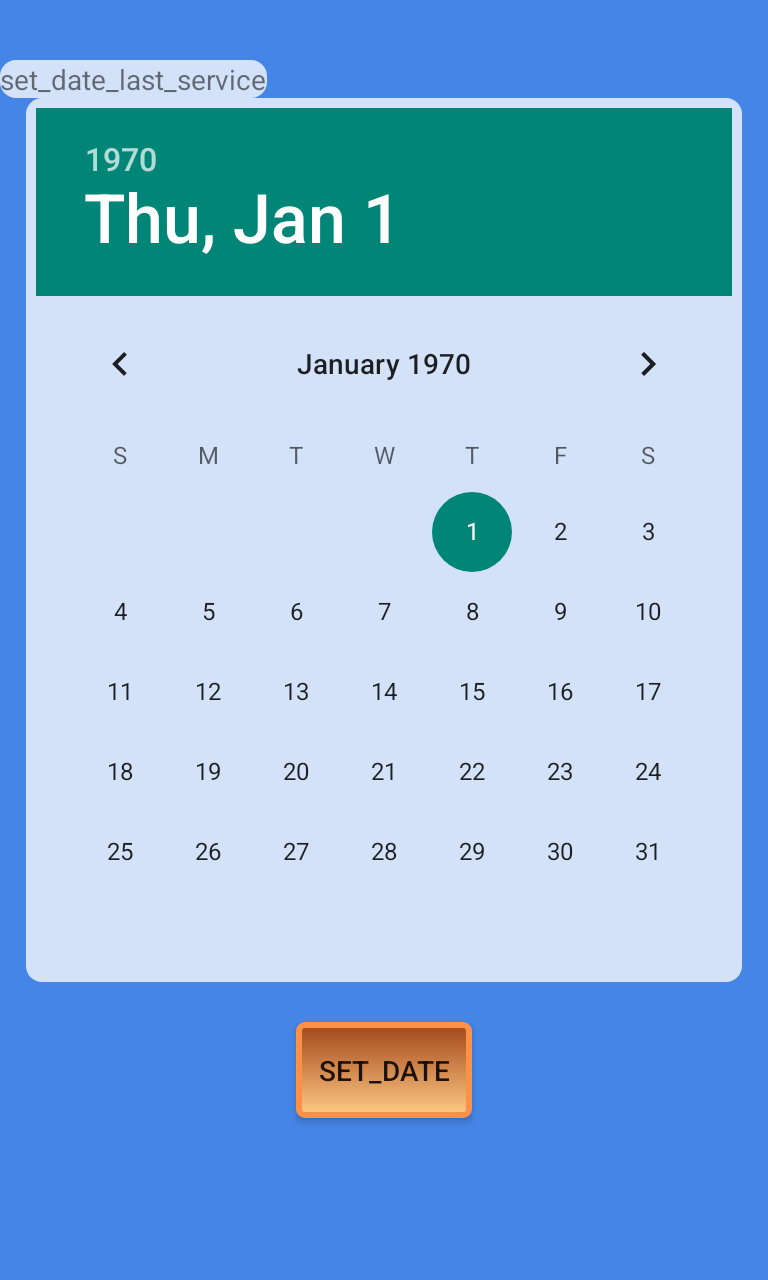
Repository: procmillie/AppKeepV9.12.14
Layout: StupidApp/res/layout/date_picker_dialog123.xml
An editor plug-in stored every save of this project. The layout is shown before and after the next save, followed by the edit.
It is drawn on a 768 x 1280 px phone screen (xhdpi) without system bars, with theme AppTheme; the app's code is not run.

Above is the layout before, as saved 2014-11-25 15:51:04.

### StupidApp/res/layout/date_picker_dialog123.xml
<?xml version="1.0" encoding="utf-8"?>
 <LinearLayout xmlns:android="http://schemas.android.com/apk/res/android"
    android:layout_width="match_parent"
    android:layout_height="match_parent"
    android:background="@color/bground_color"
    android:orientation="vertical"
    >

     <!-- DatePicker dialog activity screen -->

     <TextView
         android:id="@+id/textView1"
         android:layout_width="wrap_content"
         android:layout_height="wrap_content"
         android:layout_marginTop="30dp"
         android:background="@drawable/rounded_box"
         android:text="set_date_last_service" />

	<DatePicker
   		 android:id="@+id/dp_last_date"
   		 android:layout_width="wrap_content"
    	 android:layout_height="wrap_content"
    	 android:layout_gravity="center"
    	 android:background="@drawable/rounded_box"
   		 android:ems="10"
         android:gravity="center"
         android:hint="@string/serial_num_hint"
         android:padding="5dp"
         android:textSize="15sp"
     />


    <Button
    	android:id="@+id/bn_set_date"
   		android:layout_width="wrap_content"
    	android:layout_height="wrap_content"
    	android:background="@drawable/button_style"
    	android:hint="@string/set_date_hint"
    	android:layout_gravity="center"
    	android:gravity="center"

        android:layout_marginTop="20dp"
   		android:text="set_date" />


    >


</LinearLayout>
<!-- <RelativeLayout xmlns:android="http://schemas.android.com/apk/res/android"
android:layout_width="fill_parent"
android:layout_height="fill_parent" >

<Button
    android:id="@+id/bn_set_date"
    android:layout_width="wrap_content"
    android:layout_height="wrap_content"
    android:layout_alignParentBottom="true"
    android:layout_centerHorizontal="true"
    android:text="Button" />

<TextView
    android:id="@+id/textView1"
    android:layout_width="wrap_content"
    android:layout_height="wrap_content"
    android:layout_alignParentLeft="true"
    android:layout_alignParentRight="true"
    android:layout_alignParentTop="true"
    android:layout_marginTop="94dp"
    android:text="TextView" />

<DatePicker
    android:id="@+id/datePicker1"
    android:layout_width="wrap_content"
    android:layout_height="wrap_content"
    android:layout_alignParentLeft="true"
    android:layout_centerVertical="true" />

</RelativeLayout>-->

### StupidApp/res/values/strings.xml
<?xml version="1.0" encoding="utf-8"?>
<resources>

    <string name="app_name">AppKeep</string>
    <string name="hello_world">Hello world!</string>
    <string name="action_settings">Settings</string>

    <!-- Strings for DATABASE INPUT screen -->
    <!-- Setting up background color and strings for text hints and text box titles that let users know what data to enter -->

    <color name="bground_color">#4585E6</color>
    <color name="editText_bground">#D3E2F9</color>
    <string name="serial_num">Serial number</string>
    <string name="serial_num_hint">exampleXX111</string>
    <string name="equip_name">Equipment name</string>
    <string name="equip_location">Location</string>
    <string name="date_last">Last service</string>
    <string name="date_due">Service due</string>
    <string name="set_reminder">Set Reminder</string>

    <string name="view_db">View Database</string>
    <string name="num">Number</string>

    <!--  Manifest String names -->
    <string name="database_homescreen">Database Homescreen</string>
    <string name="database_view">Database View</string>

    <!--  DatePicker String names -->
     <string name="set_date">Set Date</string>
     <string name="set_date_hint">Set Date</string>
     <string name="set_date_last_service">Set Date of Last Service</string>


    <!--  Button strings to input and edit database entries. Colors used:
    #FF9147 - pale gold
    #FF8533 - dark gold
    A34719 - brown-->
    <string name="create_entry">Create entry</string>
    <string name="view_database">View Database</string>
    <color name="bn_color">#FF9147</color>
    <color name="bn_color2">#FFC985</color>
    <color name="bn_color3">#FF0000</color>
    <color name="bn_color4">#FF3333</color>
    <color name="bn_color5">#FFC985</color>
    <color name="bn_color6">#A34719</color>
    <color name="bn_color7">#99FF66</color>




</resources>

### StupidApp/res/drawable-hdpi/rounded_box.xml
<?xml version="1.0" encoding="utf-8"?>


<!-- Styling the editText box, rounded corners and light blue background -->

    <shape xmlns:android="http://schemas.android.com/apk/res/android"
    android:padding="8dp"

    android:shape="rectangle" >
    <solid android:color="#D3E2F9" />
    <corners android:radius="8dp" />
</shape>

### StupidApp/res/drawable-hdpi/button_style.xml
<?xml version="1.0" encoding="utf-8"?>
<selector
    xmlns:android="http://schemas.android.com/apk/res/android">

    <item android:state_pressed="true" >
        <shape>
            <gradient
                android:startColor="@color/bn_color"
                android:endColor="@color/bn_color2"
                android:angle="270" />
            <stroke
                android:width="3dp"
                android:color="@color/bn_color" />
            <corners
                android:radius="3dp" />
            <padding
                android:left="10dp"
                android:top="10dp"
                android:right="10dp"
                android:bottom="10dp" />
        </shape>
    </item>

    <item android:state_focused="true" >
        <shape>
            <gradient
                android:endColor="@color/bn_color3"
                android:startColor="@color/bn_color4"
                android:angle="270" />
            <stroke
                android:width="3dp"
                android:color="@color/bn_color" />
            <corners
                android:radius="3dp" />
            <padding
                android:left="10dp"
                android:top="10dp"
                android:right="10dp"
                android:bottom="10dp" />
        </shape>
    </item>

    <item>
        <shape>
            <gradient
                android:endColor="@color/bn_color5"
                android:startColor="@color/bn_color6"
                android:angle="270" />
            <stroke
                android:width="3dp"
                android:color="@color/bn_color" />
            <corners
                android:radius="3dp" />
            <padding
                android:left="10dp"
                android:top="10dp"
                android:right="10dp"
                android:bottom="10dp" />
        </shape>
    </item>
</selector>

Loaded but not shown: StupidApp/res/values/styles.xml (common file); StupidApp/res/values-v11/styles.xml (common file); StupidApp/res/values-v14/styles.xml (common file); StupidApp/res/values/dimens.xml (common file); StupidApp/res/values-w820dp/dimens.xml (common file)

After the next save:
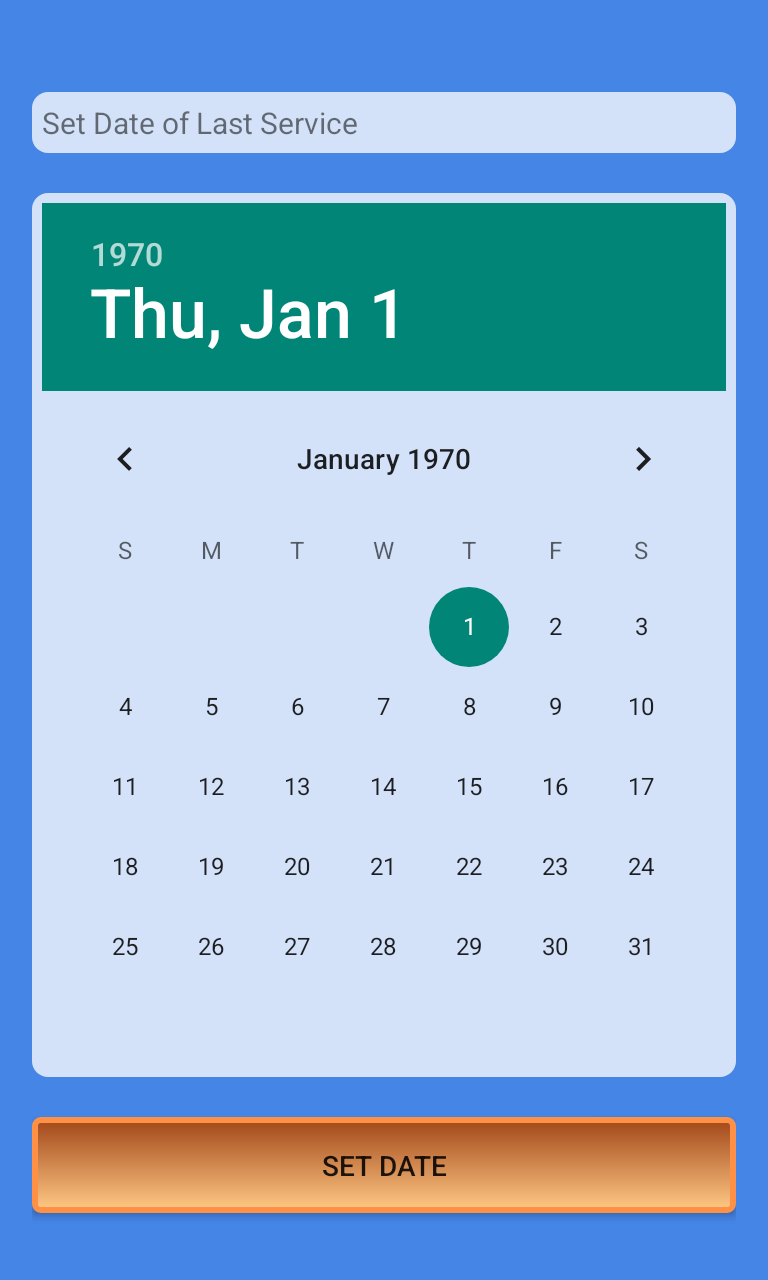
Saved 9 min 52 s later.
--- a/StupidApp/res/layout/date_picker_dialog123.xml
+++ b/StupidApp/res/layout/date_picker_dialog123.xml
@@ -3,6 +3,10 @@
     android:layout_width="match_parent"
     android:layout_height="match_parent"
     android:background="@color/bground_color"
+    android:paddingBottom="@dimen/activity_vertical_margin"
+    android:paddingLeft="@dimen/activity_horizontal_margin"
+    android:paddingRight="@dimen/activity_horizontal_margin"
+    android:paddingTop="@dimen/activity_vertical_margin"
     android:orientation="vertical"
     >
 
@@ -10,11 +14,14 @@
 
      <TextView
          android:id="@+id/textView1"
-         android:layout_width="wrap_content"
+         android:layout_width="match_parent"
          android:layout_height="wrap_content"
          android:layout_marginTop="30dp"
+         android:ems="10"
+         android:padding="5dp"
+         android:textSize="15sp"
          android:background="@drawable/rounded_box"
-         android:text="set_date_last_service" />
+         android:text="@string/set_date_last_service" />
 
 	<DatePicker
    		 android:id="@+id/dp_last_date"
@@ -22,6 +29,7 @@
     	 android:layout_height="wrap_content"
     	 android:layout_gravity="center"
     	 android:background="@drawable/rounded_box"
+    	 android:layout_marginTop="20dp"
    		 android:ems="10"
          android:gravity="center"
          android:hint="@string/serial_num_hint"
@@ -32,15 +40,16 @@
 
     <Button
     	android:id="@+id/bn_set_date"
-   		android:layout_width="wrap_content"
+   		android:layout_width="match_parent"
     	android:layout_height="wrap_content"
     	android:background="@drawable/button_style"
     	android:hint="@string/set_date_hint"
     	android:layout_gravity="center"
     	android:gravity="center"
 
+
         android:layout_marginTop="20dp"
-   		android:text="set_date" />
+   		android:text="@string/set_date" />
 
 
     >
